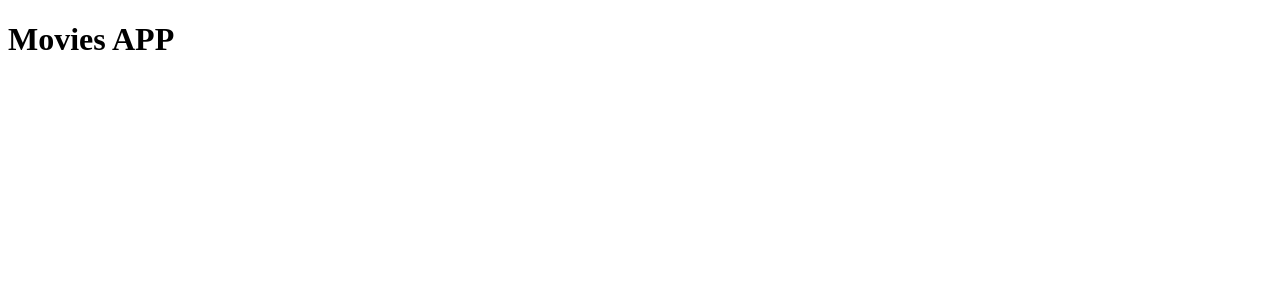
Repository: MahmoudSaad1307/DEPI-MoviesApp
Page: /movie-details/movie/244786
These files come from the project's save history. The page is drawn as it stood at one moment and after a run of saves; the edit follows.
The browser window is 1280 px wide. The pictures show the whole page.
The project was rebuilt for these pictures with package versions that can differ from the ones it lists, and the page was loaded fresh each time. Also part of the build but not shown: vite.config.js, vite.config.ts, src/index.css.

Above is the page before, as saved 2025-04-10 20:01:26.

### index.html
<!doctype html>
<html lang="en">
  <head>
    <meta charset="UTF-8" />
    <link rel="icon" type="image/svg+xml" href="/vite.svg" />
    <meta name="viewport" content="width=device-width, initial-scale=1.0" />
    <title>Vite + React + TS</title>
  </head>
  <body>
    <div id="root"></div>
    <script type="module" src="/src/main.tsx"></script>
    <!-- <script type="module" src="/src/firebase.js"></script> -->
  </body>
</html>

### src/main.tsx
/* eslint-disable @typescript-eslint/no-unused-vars */
import { StrictMode,useEffect } from 'react'
import { createRoot } from 'react-dom/client'
import { getFirestore, collection, getDocs } from "firebase/firestore";
import app from './firebase/firebase';

import './index.css'
import App from './App'
import { registerUser } from './firebase/firebaseServices';

createRoot(document.getElementById('root')!).render(
  <StrictMode>
    <App />

  </StrictMode>,
)

### src/App.tsx
/* eslint-disable @typescript-eslint/no-unused-vars */
import { useState } from 'react'


function App() {

  return (
    <>
      <h1 >
        Movies APP


      </h1>
    </>
  )
}

export default App

After the next 3 saves:
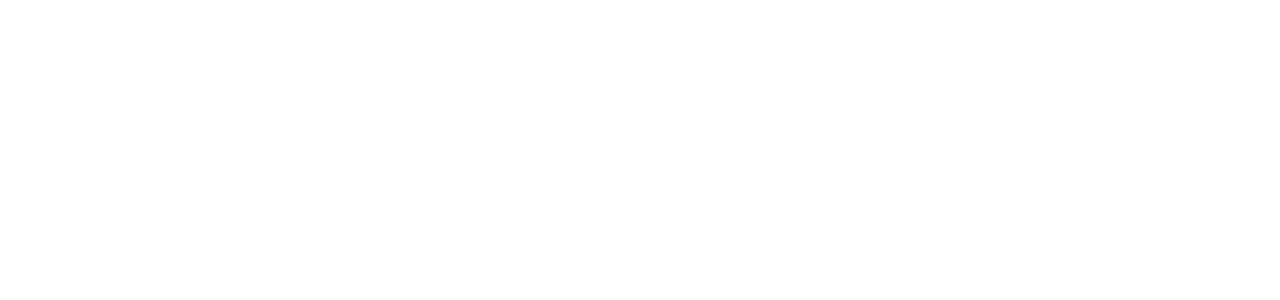
Console error: ReferenceError: te is not defined
The 3 saves are shown as one change because they came seconds apart.
The last was saved 11 s later.
--- a/src/App.tsx
+++ b/src/App.tsx
@@ -6,7 +6,7 @@
 
   return (
     <>
-      <h1 >
+      <h1 style={{te}}>
         Movies APP
 
 

After the save that followed:
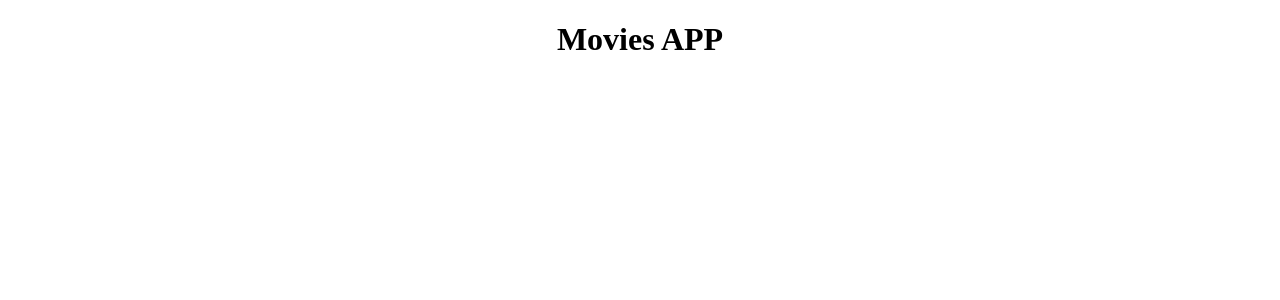
The error is gone.
Saved 4 s later.
--- a/src/App.tsx
+++ b/src/App.tsx
@@ -6,7 +6,7 @@
 
   return (
     <>
-      <h1 style={{te}}>
+      <h1 style={{textAlign:"center"}}>
         Movies APP
 
 
